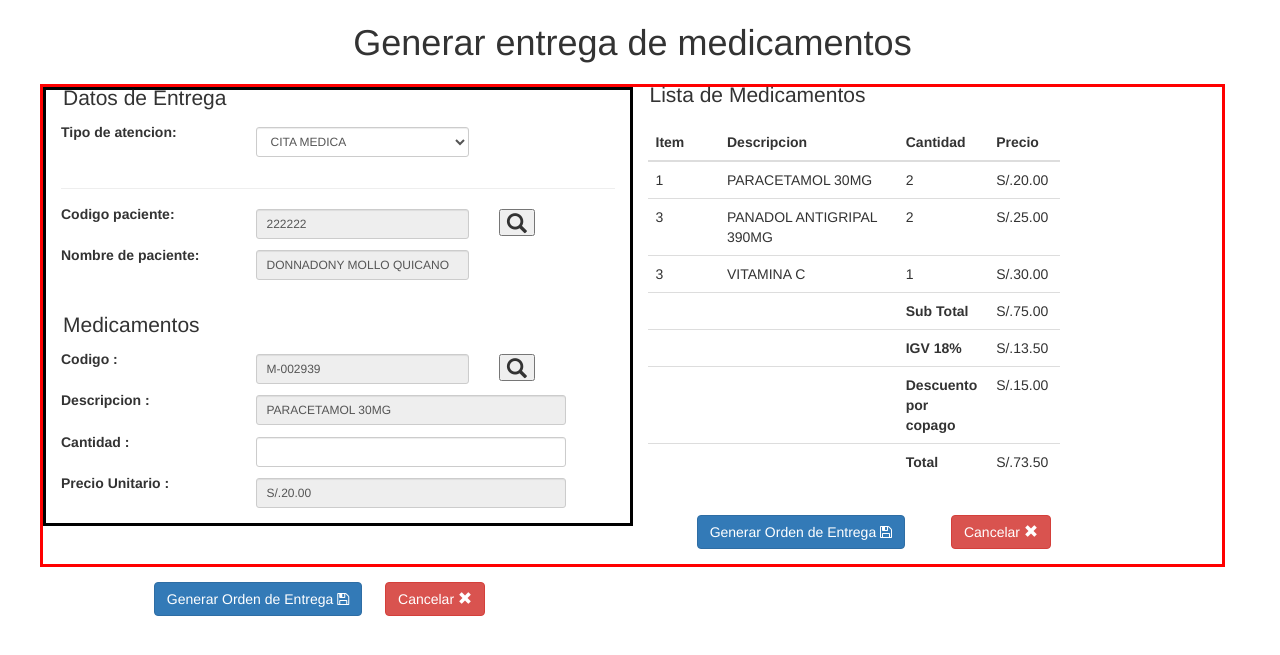
Repository: Donyx10/ADSII-ProyectoClinica
Page: http://localhost/AvanceWeb/GenerarOrdenDeEntregaDeMedicamentos2.jsp
These files come from the project's save history. The page is drawn as it stood at one moment and after the next save; the edit follows.
The browser window is 1280 px wide. The pictures show the whole page.
Some web fonts or font styles are not loaded; a fallback is used. The page is served by Tomcat 9. Other server files are loaded and not shown.

Above is the page before, as saved 2018-06-07 16:33:52.

### WebDemo/AvanceWeb/WebContent/GenerarOrdenDeEntregaDeMedicamentos2.jsp
<!DOCTYPE html>
<html lang="esS">
<head>
<meta charset="UTF-8">
<meta name="viewport"
	content="width=device-width, initial-scale=1, maximum-scale=1, user-scalable=no">
<script type="text/javascript" src="js/jquery.min.js"></script>
<script type="text/javascript" src="js/jquery.dataTables.min.js"></script>
<script type="text/javascript" src="js/dataTables.bootstrap.min.js"></script>
<script type="text/javascript" src="js/bootstrap.min.js"></script>
<script type="text/javascript" src="js/bootstrapValidator.js"></script>
<link rel="stylesheet" href="css/bootstrap.css" />
<link rel="stylesheet" href="css/dataTables.bootstrap.min.css" />
<link rel="stylesheet" href="css/style.css" />
<link rel="stylesheet" href="css/bootstrapValidator.css" />
<link rel="stylesheet"
	href="https://cdnjs.cloudflare.com/ajax/libs/font-awesome/4.7.0/css/font-awesome.min.css">
<title>Generar orden de entrega de medicamentos</title>

</head>
<body>

	<div class="container"
		style="padding-top: 3px; line-height: 0.8; padding-left: 0.01px;">
		<h1 align="center">Generar entrega de medicamentos</h1>
		<br>
		<form action="generarCita" id="id_form">
			<div class="form-group row"
				style="border-style: solid; border-color: red;">
				<div class="col-md-6"
					style="border-style: solid; border-color: black;">

					<div class="form-group row" align="left" id="paciente">
						<div class="col-md-12">
							<fieldset>
								<legend>Datos de Entrega</legend>
								<div class="row">
									<div class="col-md-4">
										<label class="" for="id_codigo">Tipo de atencion:</label>
									</div>
									<div class="col-md-5">
										<select class="form-control input-sm" style="">
											<option>CITA MEDICA
											<option>EMERGENCIA
										</select>
									</div>
								</div>
								<br>
								<hr>
								<div class="row">

									<div class="col-md-4">
										<label class="" for="id_codigo">Codigo paciente:</label>
									</div>
									<div class="col-md-5">
										<input class="form-control input-sm" type="text"
											value="222222" id="" name="" readonly="readonly"
											placeholder="Ingrese el codigo">
									</div>
									<div class="col-md-2">
										<button style="font-size: 20px">
											<i class="glyphicon glyphicon-search"></i>
										</button>
									</div>
								</div>
								<br>



								<div class="row">
									<div class="col-md-4">
										<label class="" for="">Nombre de paciente:</label>
									</div>
									<div class="col-md-5">
										<input class="form-control input-sm" type="text"
											readonly="readonly" value="DONNADONY MOLLO QUICANO" id=""
											name="" placeholder="Ingrese el nombre" size="30">
									</div>

								</div>
								<br>
								<!--
							<div class="row">
								<div class="col-md-3">
									<label class="" for="">Estado:</label>
								</div>
								<div class="col-md-5">
									<input class="form-control" type="text" disabled="disabled" value="CANCELADO"
										id="" name="" placeholder="Ingrese el nombre" size="30">
								</div>
								<br>
							</div>
							<br>
							-->
							</fieldset>
						</div>


					</div>

					<br>
					<div class="form-group row" align="left" id="paciente">
						<div class="col-md-12">
							<fieldset>
								<legend>Medicamentos</legend>
							</fieldset>
							<div class="row">

								<div class="col-md-4">
									<label class="" for="id_codigo">Codigo : </label>
								</div>
								<div class="col-md-5">
									<input class="form-control input-sm" type="text"
										value="M-002939" id="" name="" readonly="readonly"
										placeholder="">
								</div>
								<div class="col-md-2">
									<button style="font-size: 20px">
										<i class="glyphicon glyphicon-search"></i>
									</button>
								</div>
							</div>
							<br>
							<div class="row">

								<div class="col-md-4">
									<label class="" for="id_codigo">Descripcion : </label>
								</div>
								<div class="col-md-7">
									<input class="form-control input-sm" type="text"
										value="PARACETAMOL 30MG" id="" name="" readonly="readonly"
										placeholder="">
								</div>

							</div>
							<br>
							<div class="row">

								<div class="col-md-4">
									<label class="" for="id_codigo">Cantidad : </label>
								</div>
								<div class="col-md-7">
									<input class="form-control input-sm" type="number"
										name="quantity" min="1" max="10">
								</div>

							</div>
							<br>
							<div class="row">

								<div class="col-md-4">
									<label class="" for="id_codigo">Precio Unitario : </label>
								</div>
								<div class="col-md-7">
									<input class="form-control input-sm" type="text"
										name="quantity" value="S/.20.00" readonly="readonly">
								</div>

							</div>
						</div>
					</div>


				</div>
				<div class="col-md-6">
					<div class="form-group row" id="medico">
						<div class="col-md-12">
							<fieldset>

								<legend> Lista de Medicamentos</legend>
								<div class="row">
									<div class="col-md-9">
										<table class="table table-sm">
											<thead>
												<tr>
													<th class="col-md-2">Item</th>
													<th class="col-md-5">Descripcion</th>
													<th class="col-md-2">Cantidad</th>
													<th class="col-md-2">Precio</th>

												</tr>
											</thead>
											<tbody>
												<tr>
													<td class="col-md-2">1</td>
													<td class="col-md-5">PARACETAMOL 30MG</td>
													<td class="col-md-2">2</td>
													<td class="col-md-2">S/.20.00</td>
												</tr>
												<tr>
													<td class="col-md-2">3</td>
													<td class="col-md-5">PANADOL ANTIGRIPAL 390MG</td>
													<td class="col-md-2">2</td>
													<td class="col-md-2">S/.25.00</td>
												</tr>
												<tr>
													<td class="col-md-2">3</td>
													<td class="col-md-5">VITAMINA C</td>
													<td class="col-md-2">1</td>
													<td class="col-md-2">S/.30.00</td>
												</tr>
												<tr>
													<td class="col-md-2"></td>
													<td class="col-md-5"></td>
													<td class="col-md-2"><strong>Sub Total</strong></td>
													<td class="col-md-2">S/.75.00</td>
												</tr>
												<tr>
													<td class="col-md-2"></td>
													<td class="col-md-5"></td>
													<td class="col-md-2"><strong>IGV 18%</strong></td>
													<td class="col-md-2">S/.13.50</td>
												</tr>
												<tr>
													<td class="col-md-2"></td>
													<td class="col-md-5"></td>
													<td class="col-md-2"><strong>Descuento por
															copago</strong></td>
													<td class="col-md-2">S/.15.00</td>
												</tr>
												<tr>
													<td class="col-md-2"></td>
													<td class="col-md-5"></td>
													<td class="col-md-2"><strong>Total</strong></td>
													<td class="col-md-2">S/.73.50</td>
												</tr>

											</tbody>
										</table>
									</div>
								</div>




							</fieldset>
						</div>
					</div>
					<div class="form-group row" align="center" id="paciente">
						<div class="col-md-12">
							<div class="row">
								<div class="col-md-1"></div>
								<div class="col-md-4">
									<button type="submit" class="btn btn-primary">
										Generar Orden de Entrega <i class="fa fa-save"></i>
									</button>
								</div>
								<div class="col-md-1"></div>
								<div class="col-md-3">
									<button type="submit" class="btn btn-danger">
										Cancelar <span class="glyphicon glyphicon-remove"></span>
									</button>
								</div>
							</div>
						</div>
					</div>
				</div>


			</div>

			<div class="form-group row" id="botones">
				<div class="col-md-1" align="center"></div>
				<div class="col-md-2" align="center">
					<button type="submit" class="btn btn-primary">
						Generar Orden de Entrega <i class="fa fa-save"></i>
					</button>
				</div>
				<div class="col-md-2" align="center">
					<button type="submit" class="btn btn-danger">
						Cancelar <span class="glyphicon glyphicon-remove"></span>
					</button>
				</div>
			</div>
	</div>
	</form>
	</div>
</body>
</html>

### WebDemo/AvanceWeb/WebContent/css/style.css


.table-fixed {
	width: 100%;
	background-color: #f3f3f3;
}

.table-fixed tbody {
	height: 120px;
	overflow-y: auto;
	width: 100%;
}

.table-fixed thead, .table-fixed tbody, .table-fixed tr, .table-fixed td,
	.table-fixed th {
	display: block;
}

.table-fixed tbody td {
	float: left;
}

.table-fixed thead tr th {
	float: left;
	background-color: #f39c12;
	border-color: #e67e22;
}

legend {
    display: block;
    padding-left: 2px;
    padding-right: 2px;
    border: none;
}

Loaded but not shown: WebDemo/AvanceWeb/WebContent/js/jquery.min.js (library); WebDemo/AvanceWeb/WebContent/js/jquery.dataTables.min.js (library); WebDemo/AvanceWeb/WebContent/js/dataTables.bootstrap.min.js (common file); WebDemo/AvanceWeb/WebContent/js/bootstrap.min.js (library); WebDemo/AvanceWeb/WebContent/js/bootstrapValidator.js (library); WebDemo/AvanceWeb/WebContent/css/bootstrap.css (library); WebDemo/AvanceWeb/WebContent/css/dataTables.bootstrap.min.css (library); WebDemo/AvanceWeb/WebContent/css/bootstrapValidator.css (common file)

After the next save:
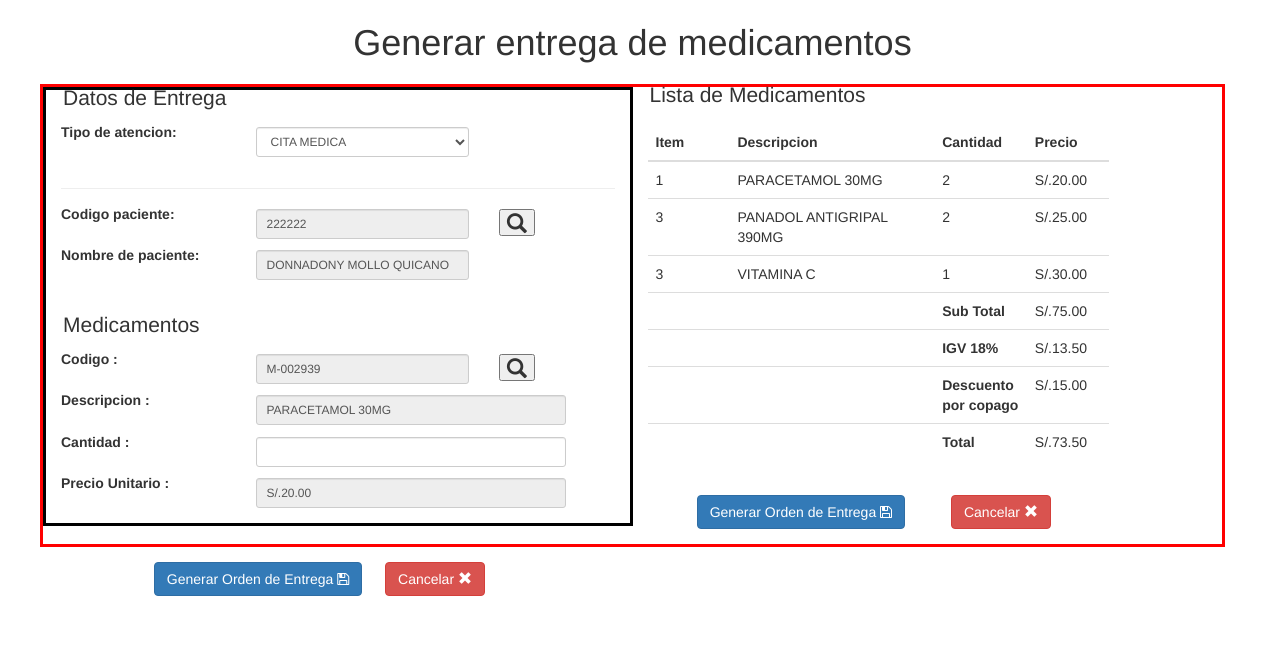
Saved 18 s later.
--- a/WebDemo/AvanceWeb/WebContent/GenerarOrdenDeEntregaDeMedicamentos2.jsp
+++ b/WebDemo/AvanceWeb/WebContent/GenerarOrdenDeEntregaDeMedicamentos2.jsp
@@ -169,7 +169,7 @@
 
 								<legend> Lista de Medicamentos</legend>
 								<div class="row">
-									<div class="col-md-9">
+									<div class="col-md-10">
 										<table class="table table-sm">
 											<thead>
 												<tr>
